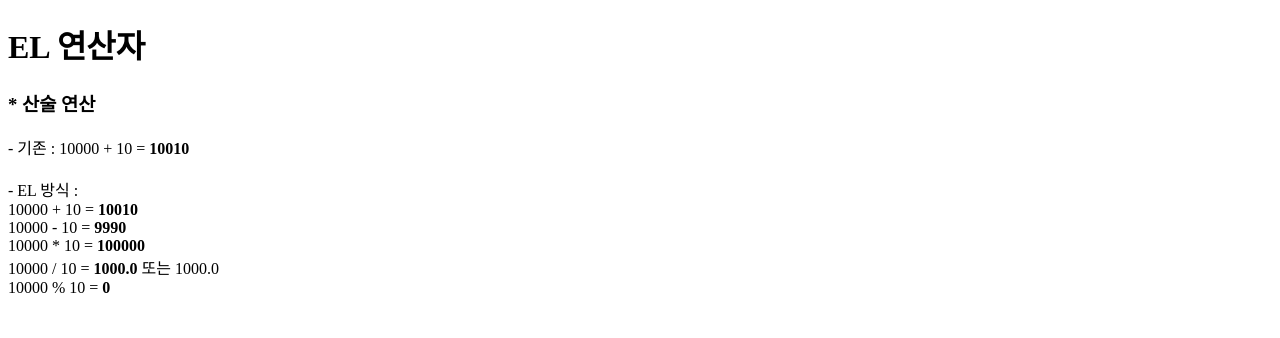
Repository: hailey-516/servlet
Page: http://localhost/3_elAction/operator.do
The author's editor kept a copy of each file at every save. The page is drawn from the files as they stood at one save, then again after the next save.
The browser window is 1280 px wide. The pictures show the whole page.
The page is served by Tomcat 9.

Above is the page before, as saved 2024-08-26 05:11:58.

After the next save:
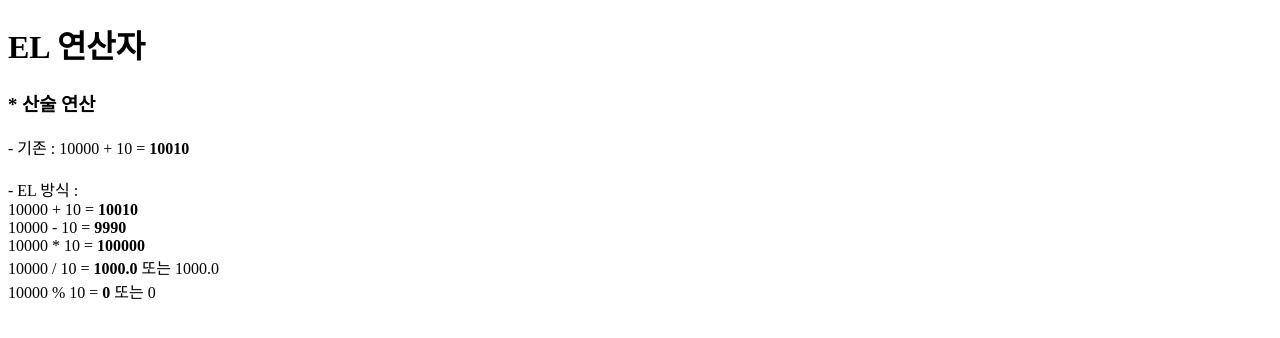
Saved 31 s later.
--- a/3_elAction/src/main/webapp/views/1_EL/02_elOperator.jsp
+++ b/3_elAction/src/main/webapp/views/1_EL/02_elOperator.jsp
@@ -18,7 +18,7 @@
 	10000 - 10 = <b>${ big - small }</b> <br>
 	10000 * 10 = <b>${ big * small }</b> <br>
 	10000 / 10 = <b>${ big / small }</b> 또는 ${ big div small } <br>
-	10000 % 10 = <b>${ big % small }</b>
+	10000 % 10 = <b>${ big % small }</b> 또는 ${ big mod small }
 
 </body>
 </html>
